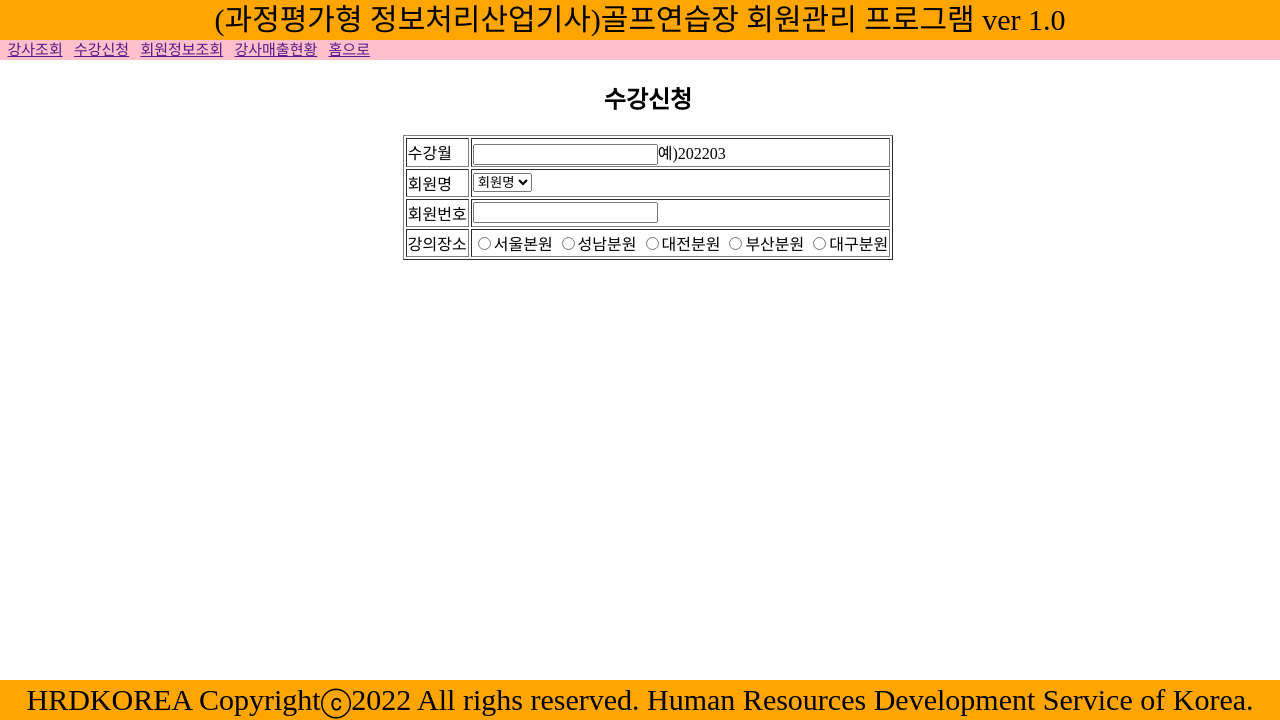
Repository: YeoJeongmo/hrdKorea
Page: http://localhost/HRD_1/insert.jsp
An editor plug-in stored every save of this project. The page is shown before and after the next save, followed by the edit.
The browser window is 1280 px wide. The pictures show the whole page.
The page is served by Tomcat 9. Other server files are loaded and not shown.

Above is the page before, as saved 2024-09-04 12:15:26.

### cbq_05/workspace/HRD_1/src/main/webapp/insert.jsp
<%@ page language="java" contentType="text/html; charset=UTF-8"
    pageEncoding="UTF-8"%>
<!DOCTYPE html>
<html>
<head>
<meta charset="UTF-8">
<title>Insert title here</title>
</head>
<body>
<jsp:include page="header.jsp"></jsp:include>
<section style="position: fixed; top: 60px; width: 100%;">
	<h2 style="text-align: center;">수강신청</h2>
	<form style="display: flex; justify-content: center;">
	<table border="1">
		<tr>
			<td> 수강월 </td>
			<td> <input type="text" name="resist_month">예)202203 </td>
		</tr>
		<tr>
			<td> 회원명 </td>
			<td>
				<select>
					<option> 회원명 </option>
					<option> 홍길동 </option>
					<option> 장발장 </option>
					<option> 임꺽정 </option>
					<option> 성춘향 </option>
					<option> 이몽룡 </option>
				</select>
			</td>
		</tr>
		<tr>
			<td> 회원번호 </td>
			<td> <input type="text" name="c_no"> </td>
		</tr>
		<tr>
			<td> 강의장소 </td>
			<td>
				<input type="radio" name="class_area">서울본원
				<input type="radio" name="class_area">성남분원
				<input type="radio" name="class_area">대전분원
				<input type="radio" name="class_area">부산분원
				<input type="radio" name="class_area">대구분원
			</td>
		</tr>
	</table>
	</form>
</section>
<jsp:include page="footer.jsp"></jsp:include>
</body>
</html>

### cbq_05/workspace/HRD_1/src/main/webapp/header.jsp
<%@ page language="java" contentType="text/html; charset=UTF-8"
    pageEncoding="UTF-8"%>
<!DOCTYPE html>
<html>
<head>
<meta charset="UTF-8">
<title>Insert title here</title>
</head>
<body>
<header style="position: fixed; top: 0; left: 0; line-height: 40px; width: 100%; height: 40px; font-size: 30px; text-align: center; background-color: orange; color: black;">(과정평가형 정보처리산업기사)골프연습장 회원관리 프로그램 ver 1.0</header>
<nav  style="position: fixed; top: 40px; left: 0; line-height: 20px; width: 100%; height: 20px; font-size: 15px; background-color: pink; color: black;">
&nbsp;&nbsp;<a href="">강사조회</a>
&nbsp;&nbsp;<a href="">수강신청</a>
&nbsp;&nbsp;<a href="">회원정보조회</a>
&nbsp;&nbsp;<a href="">강사매출현황</a>
&nbsp;&nbsp;<a href="">홈으로</a>
</nav>
</body>
</html>

### cbq_05/workspace/HRD_1/src/main/webapp/footer.jsp
<%@ page language="java" contentType="text/html; charset=UTF-8"
    pageEncoding="UTF-8"%>
<!DOCTYPE html>
<html>
<head>
<meta charset="UTF-8">
<title>Insert title here</title>
</head>
<body>
<footer style="position: fixed; bottom: 0; left: 0; line-height: 40px; width: 100%; height: 40px; font-size: 30px; text-align: center; background-color: orange; color: black;">HRDKOREA Copyrightⓒ2022 All righs reserved. Human Resources Development Service of Korea.</footer>
</body>
</html>

After the next save:
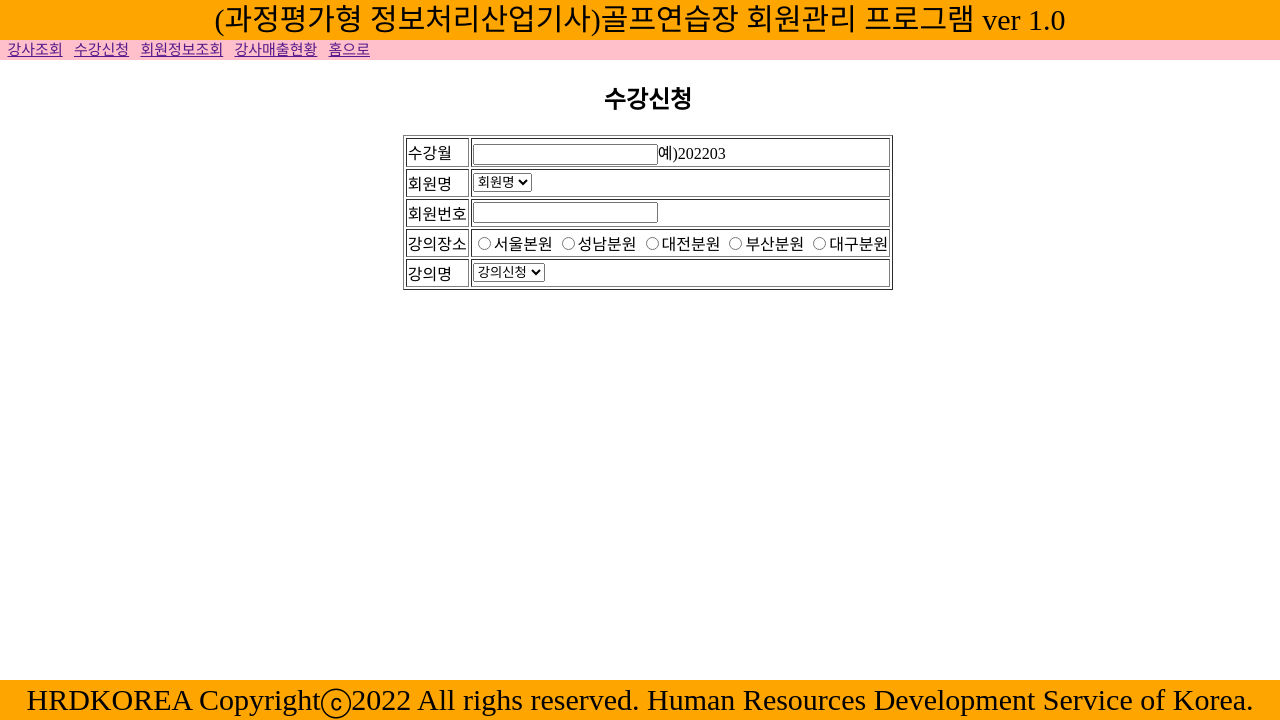
Saved 40 s later.
--- a/cbq_05/workspace/HRD_1/src/main/webapp/insert.jsp
+++ b/cbq_05/workspace/HRD_1/src/main/webapp/insert.jsp
@@ -43,6 +43,18 @@
 				<input type="radio" name="class_area">대구분원
 			</td>
 		</tr>
+		<tr>
+			<td> 강의명 </td>
+			<td>
+				<select>
+					<option> 강의신청 </option>
+					<option> 초급반 </option>
+					<option> 중급반 </option>
+					<option> 고급반 </option>
+					<option> 심화반 </option>
+				</select>
+			</td>
+		</tr>
 	</table>
 	</form>
 </section>
